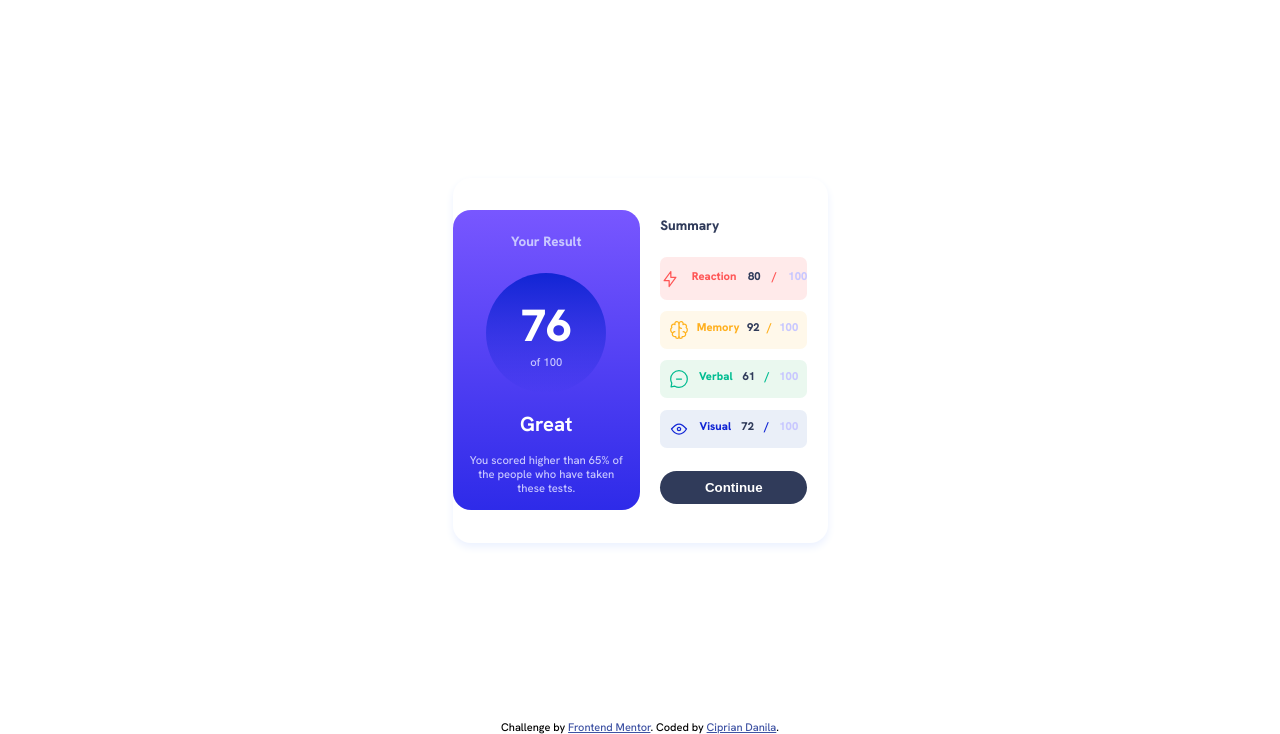
Repository: cipdanila/results-summary-component
Page: index.html
An editor plug-in stored every save of this project. The page is shown before and after the next save, followed by the edit.
The browser window is 1280 px wide. The pictures show the whole page.

Above is the page before, as saved 2024-02-02 20:26:32.

After the next save:
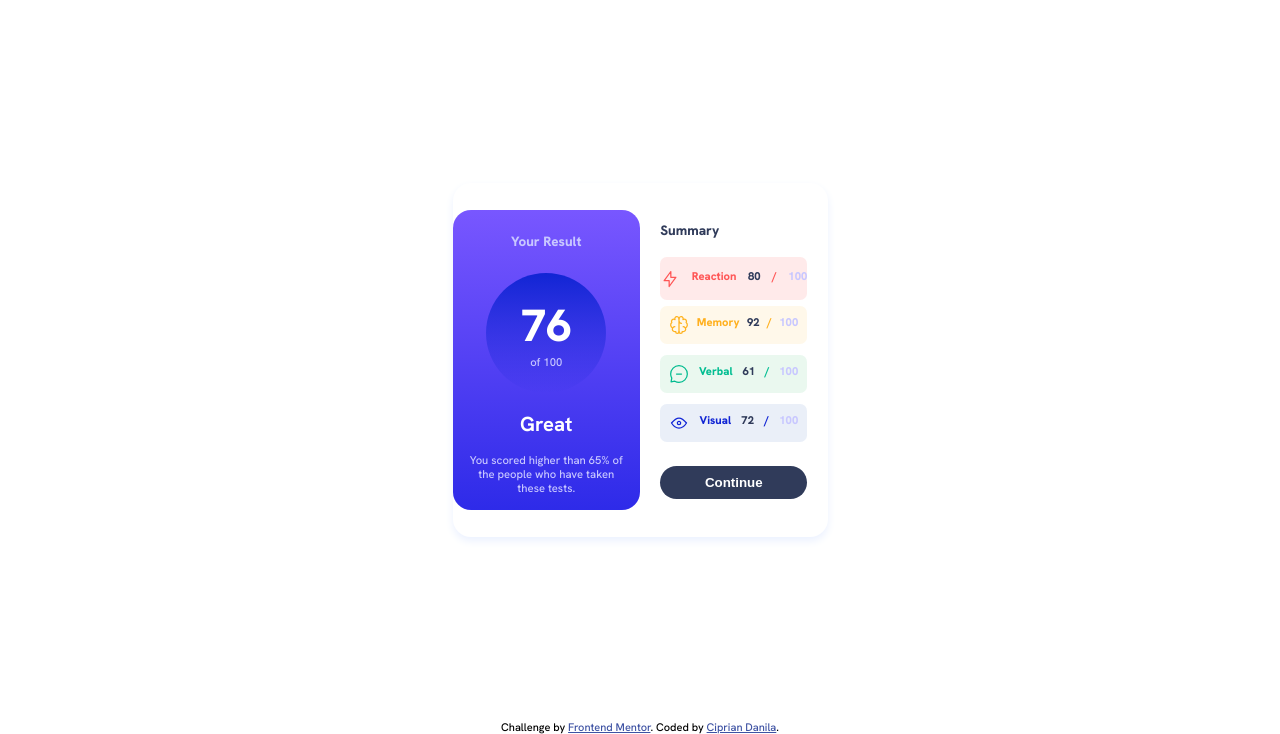
Saved 8 s later.
--- a/styles.css
+++ b/styles.css
@@ -124,7 +124,6 @@
     width: 100%;
     padding: 0.625rem 0;
     font-size: 0.625rem;
-    margin: 0.313rem 0;
     display: flex;
     justify-content: space-between;
 }
